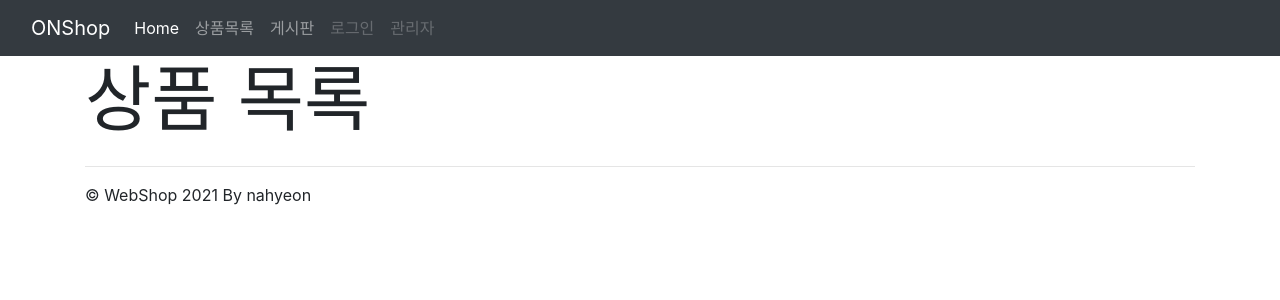
Repository: HimNahyeon/devClassBackup
Page: http://localhost/WebShop/product/products.jsp
An editor plug-in stored every save of this project. The page is shown before and after the next save, followed by the edit.
The browser window is 1280 px wide. The pictures show the whole page.
The page is served by Tomcat 9. Queries for data that is not in the repository find no rows.

Above is the page before, as saved 2021-11-03 04:01:26.

After the next save:
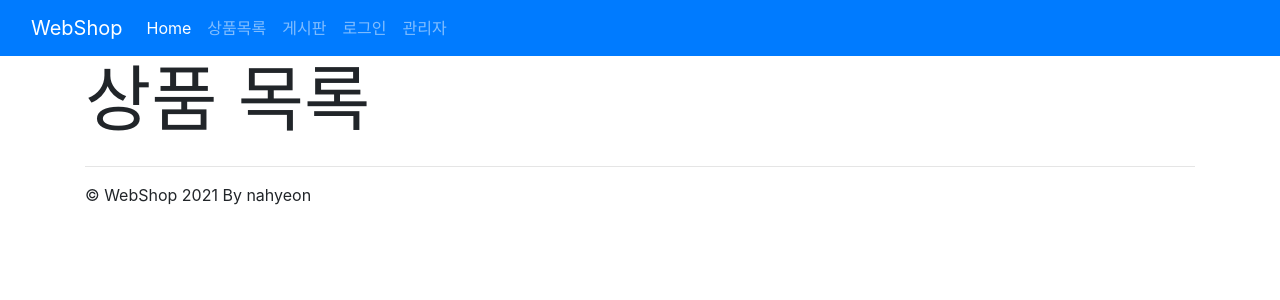
Saved 60 s later.
--- a/jsp/WebShop/WebContent/header.jsp
+++ b/jsp/WebShop/WebContent/header.jsp
@@ -1,15 +1,16 @@
 <%@ page language="java" contentType="text/html; charset=UTF-8"
     pageEncoding="UTF-8"%>
+
 <link rel="stylesheet" href="https://stackpath.bootstrapcdn.com/bootstrap/4.3.1/css/bootstrap.min.css" integrity="sha384-ggOyR0iXCbMQv3Xipma34MD+dH/1fQ784/j6cY/iJTQUOhcWr7x9JvoRxT2MZw1T" crossorigin="anonymous">
 
-<nav class="navbar navbar-expand-lg navbar-dark bg-dark">
+<nav class="navbar navbar-expand-lg navbar-dark bg-primary">
   <div class="container-fluid">
-    <a class="navbar-brand" href="#">ONShop</a>
-    <button class="navbar-toggler" type="button" data-bs-toggle="collapse" data-bs-target="#navbarNav" aria-controls="navbarNav" aria-expanded="false" aria-label="Toggle navigation">
+    <a class="navbar-brand" href="#">WebShop</a>
+    <button class="navbar-toggler" type="button" data-bs-toggle="collapse" data-bs-target="#navbarText" aria-controls="navbarText" aria-expanded="false" aria-label="Toggle navigation">
       <span class="navbar-toggler-icon"></span>
     </button>
-    <div class="collapse navbar-collapse" id="navbarNav">
-      <ul class="navbar-nav">
+    <div class="collapse navbar-collapse" id="navbarText">
+      <ul class="navbar-nav me-auto mb-2 mb-lg-0">
         <li class="nav-item">
           <a class="nav-link active" aria-current="page" href="#">Home</a>
         </li>
@@ -19,13 +20,14 @@
         <li class="nav-item">
           <a class="nav-link" href="#">게시판</a>
         </li>
-        <li class="nav-item">
-          <a class="nav-link disabled">로그인</a>
+         <li class="nav-item">
+          <a class="nav-link" href="#">로그인</a>
         </li>
-        <li class="nav-item">
-          <a class="nav-link disabled">관리자</a>
+         <li class="nav-item">
+          <a class="nav-link" href="#">관리자</a>
         </li>
       </ul>
+
     </div>
   </div>
 </nav>
